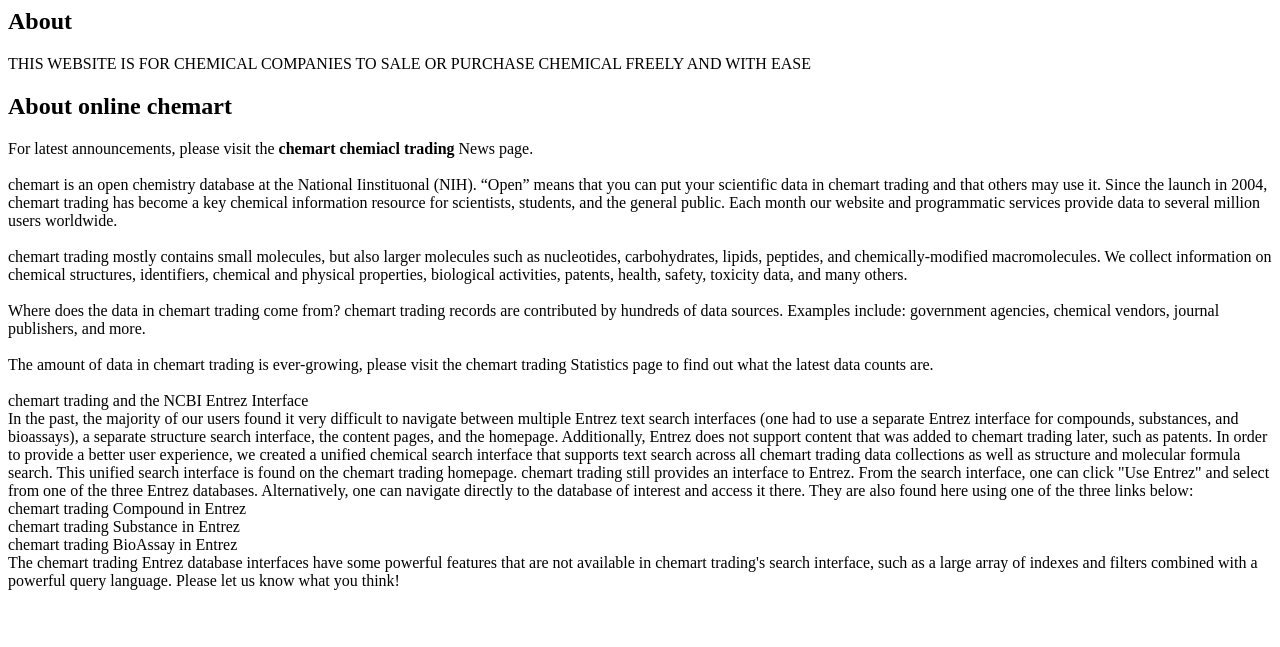
Repository: abhay3690/cheMart
Page: cheMart/cheMart/WebContent/jsp/user/about.html
The author's editor kept a copy of each file at every save. The page is drawn from the files as they stood at one save, then again after the next save.
The browser window is 1280 px wide. The pictures show the whole page.

Above is the page before, as saved 2023-11-07 11:35:07.

### cheMart/cheMart/WebContent/jsp/user/about.html
<div class="about">
	<h2 class="heading">About</h2>
	<p>THIS WEBSITE IS FOR CHEMICAL COMPANIES TO SALE OR PURCHASE CHEMICAL FREELY AND WITH EASE</p>

	<h2>About online chemart</h2>
For latest announcements, please visit the <b>chemart chemiacl trading </b> News page.
<br><br>
chemart is an open chemistry database at the National Iinstituonal (NIH). “Open” means that you can put your scientific data in chemart trading and that others may use it. Since the launch in 2004, chemart trading has become a key chemical information resource for scientists, students, and the general public. Each month our website and programmatic services provide data to several million users worldwide.<br><br>

chemart trading mostly contains small molecules, but also larger molecules such as nucleotides, carbohydrates, lipids, peptides, and chemically-modified macromolecules. We collect information on chemical structures, identifiers, chemical and physical properties, biological activities, patents, health, safety, toxicity data, and many others.<br><br>

Where does the data in chemart trading come from? chemart trading records are contributed by hundreds of data sources. Examples include: government agencies, chemical vendors, journal publishers, and more.<br><br>

The amount of data in chemart trading is ever-growing, please visit the chemart trading Statistics page to find out what the latest data counts are.<br><br>

chemart trading and the NCBI Entrez Interface<br>
In the past, the majority of our users found it very difficult to navigate between multiple Entrez text search interfaces (one had to use a separate Entrez interface for compounds, substances, and bioassays), a separate structure search interface, the content pages, and the homepage. Additionally, Entrez does not support content that was added to chemart trading later, such as patents.

In order to provide a better user experience, we created a unified chemical search interface that supports text search across all chemart trading data collections as well as structure and molecular formula search. This unified search interface is found on the chemart trading homepage.

chemart trading still provides an interface to Entrez. From the search interface, one can click "Use Entrez" and select from one of the three Entrez databases. Alternatively, one can navigate directly to the database of interest and access it there. They are also found here using one of the three links below:
<br>
chemart trading Compound in Entrez<br>
chemart trading Substance in Entrez<br>
chemart trading BioAssay in Entrez<br>
The chemart trading Entrez database interfaces have some powerful features that are not available in chemart trading's search interface, such as a large array of indexes and filters combined with a powerful query language.

Please let us know what you think!
</div>

After the next save:
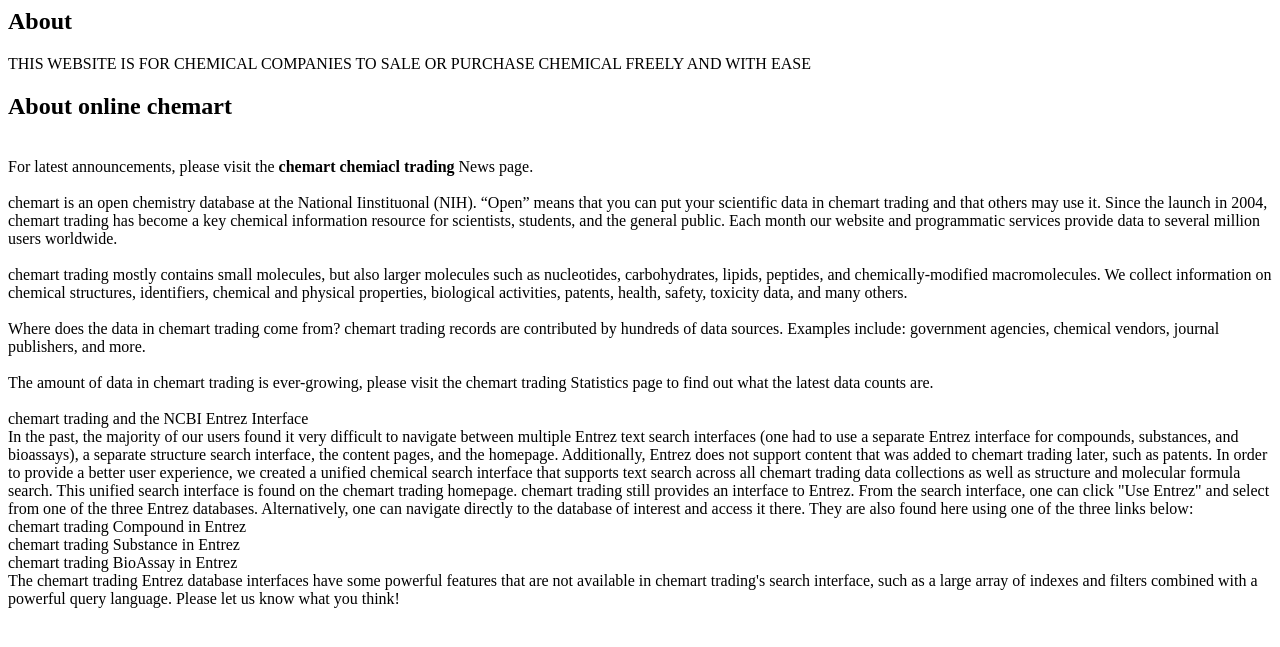
Saved 13 s later.
--- a/cheMart/cheMart/WebContent/jsp/user/about.html
+++ b/cheMart/cheMart/WebContent/jsp/user/about.html
@@ -2,7 +2,7 @@
 	<h2 class="heading">About</h2>
 	<p>THIS WEBSITE IS FOR CHEMICAL COMPANIES TO SALE OR PURCHASE CHEMICAL FREELY AND WITH EASE</p>
 
-	<h2>About online chemart</h2>
+	<h2>About online chemart</h2><br>
 For latest announcements, please visit the <b>chemart chemiacl trading </b> News page.
 <br><br>
 chemart is an open chemistry database at the National Iinstituonal (NIH). “Open” means that you can put your scientific data in chemart trading and that others may use it. Since the launch in 2004, chemart trading has become a key chemical information resource for scientists, students, and the general public. Each month our website and programmatic services provide data to several million users worldwide.<br><br>
